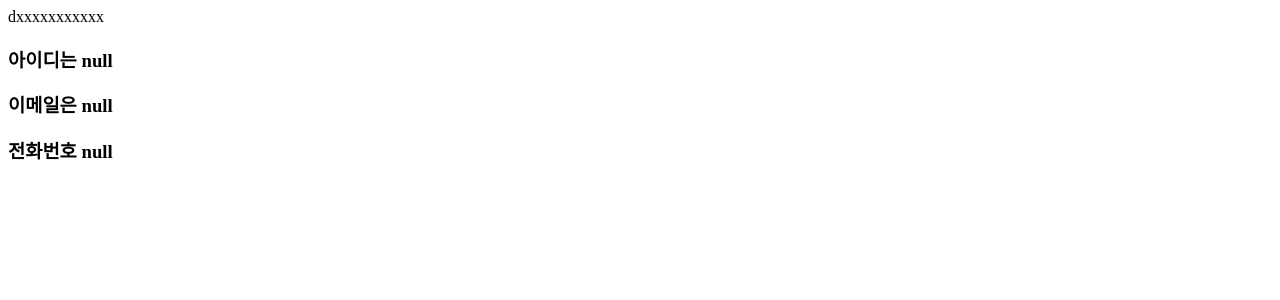
Repository: BartsimisraB/JavaPractice_
Page: http://localhost/Webpractice7/MemberJoinProc.jsp
These files come from the project's save history. The page is drawn as it stood at one moment and after the next save; the edit follows.
The browser window is 1280 px wide. The pictures show the whole page.
The page is served by Tomcat 9.

Above is the page before, as saved 2023-01-13 07:12:08.

After the next save:
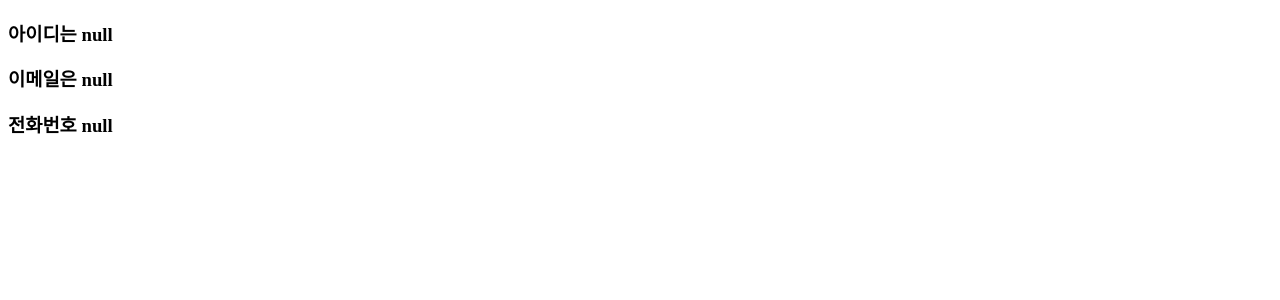
Saved 8 min 11 s later.
--- a/Webpractice7/src/main/webapp/MemberJoinProc.jsp
+++ b/Webpractice7/src/main/webapp/MemberJoinProc.jsp
@@ -11,7 +11,7 @@
 	request.setCharacterEncoding("UTF-8");
 	%>
 	<!-- request로 넘어온 데이터를 자바빈즈랑 매핑시켜주는 useBean -->
-	dxxxxxxxxxxx
+
 	<jsp:useBean id="sbean" class="bean.StuBean">
 		<!-- 객체 생성 StuBean sbean = new StuBean(); -->
 
